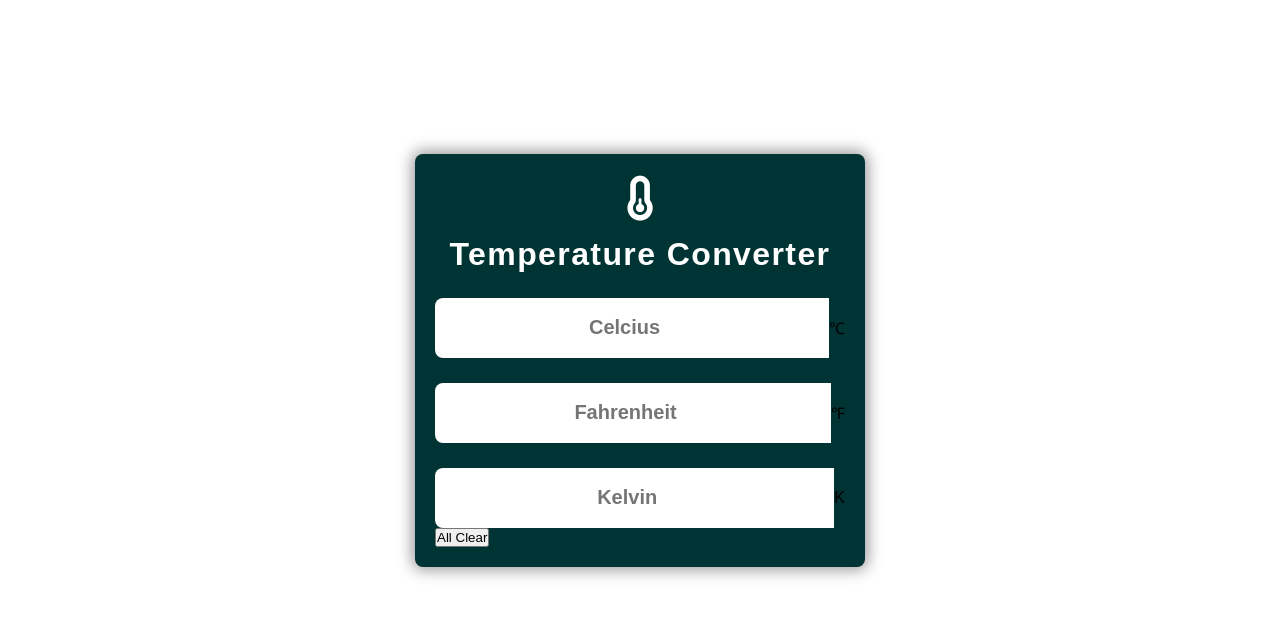
Repository: kiranjeetkaur01/tempconverter.github.io
Page: index.html
These files come from the project's save history. The page is drawn as it stood at one moment and after the next save; the edit follows.
The browser window is 1280 px wide. The pictures show the whole page.

Above is the page before, as saved 2023-09-27 12:49:34.

After the next save:
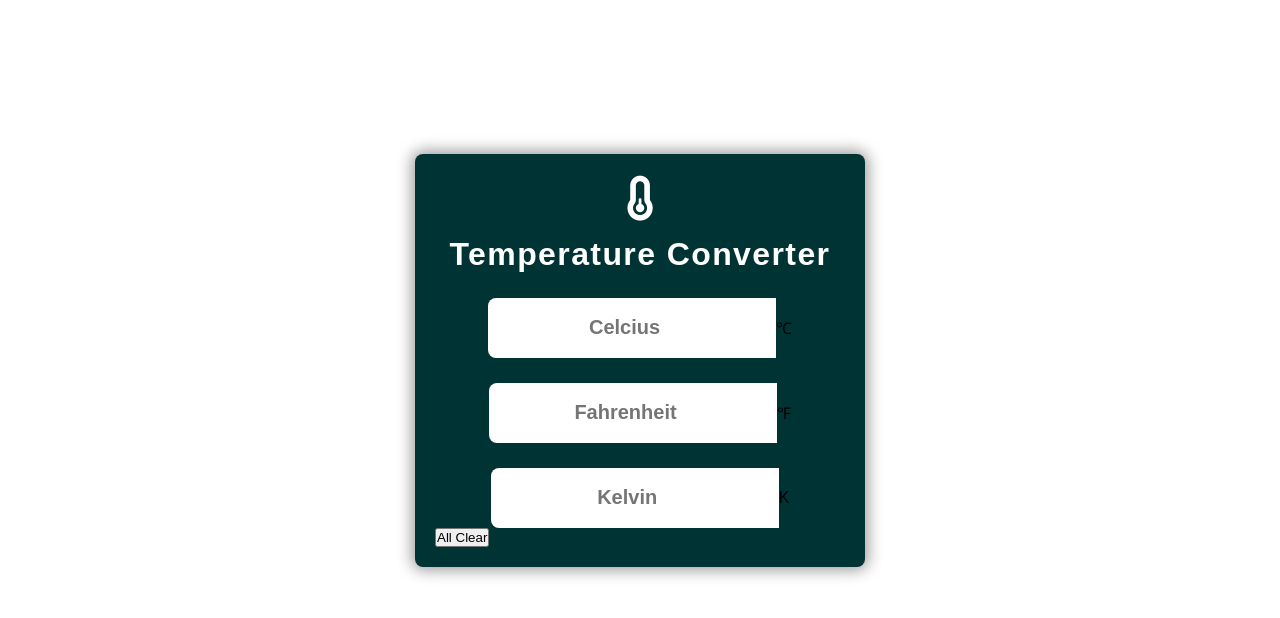
Saved 37 s later.
--- a/style.css
+++ b/style.css
@@ -43,7 +43,7 @@
 }
 
 input {
-  flex: 5;
+  /* flex: 5; */
   height: 60px;
   font-size: 20px;
   font-weight: 600;

After the save that followed:
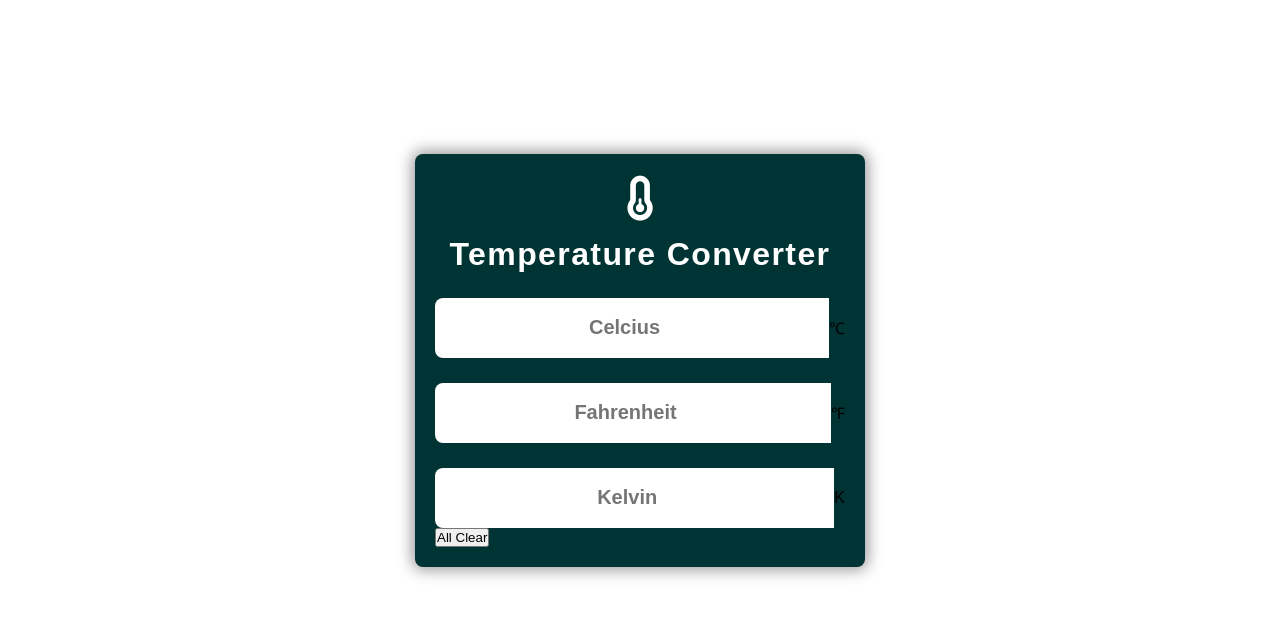
Saved 9 s later.
--- a/style.css
+++ b/style.css
@@ -43,7 +43,7 @@
 }
 
 input {
-  /* flex: 5; */
+  flex: 5;
   height: 60px;
   font-size: 20px;
   font-weight: 600;
